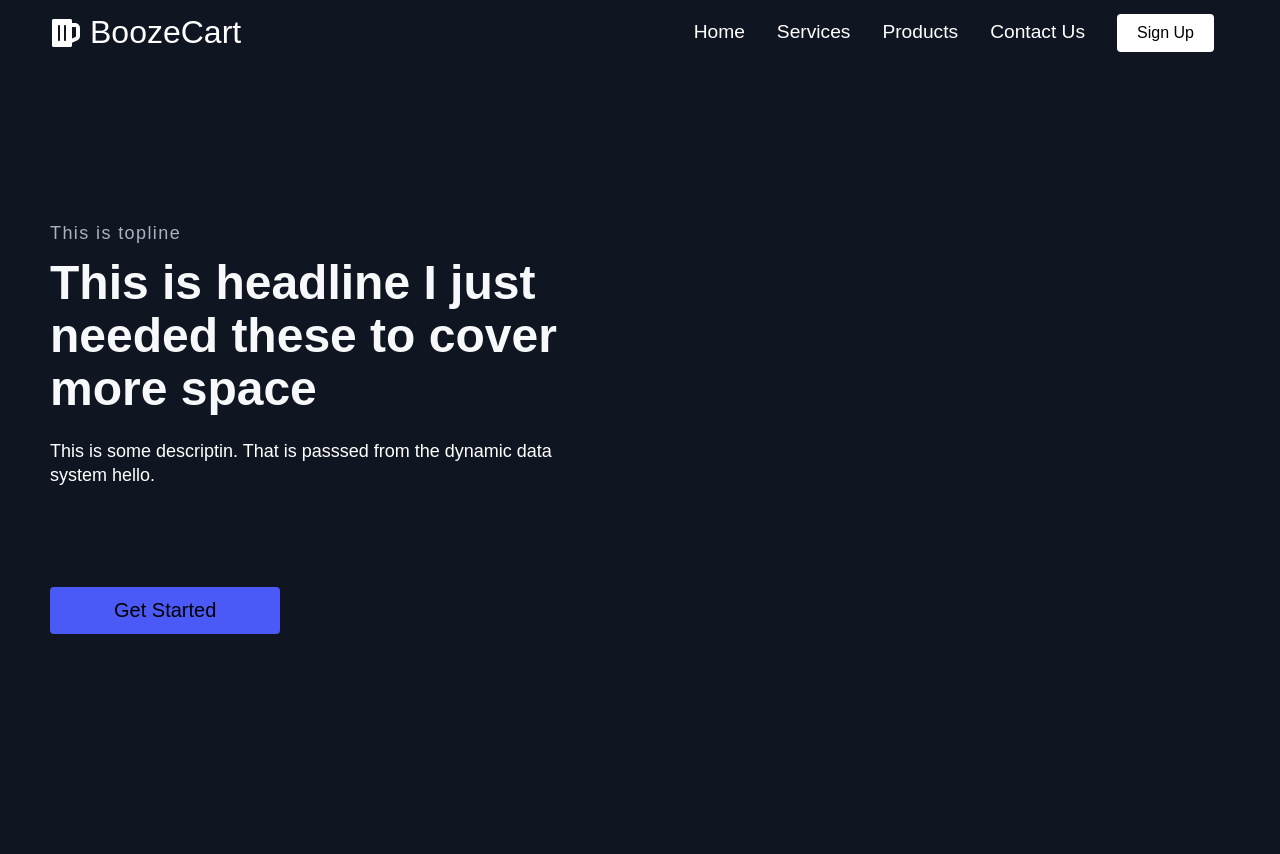
Repository: ajaygc95/Django-and-react
Page: / (app in galamart_sell/boozecart/)
The author's editor kept a copy of each file at every save. The page is drawn from the files as they stood at one save, then again after the next save.
The browser window is 1280 px wide. The pictures show the whole page.
The project was rebuilt for these pictures with package versions that can differ from the ones it lists, and the page was loaded fresh each time.

Above is the page before, as saved 2021-04-13 00:09:28.

### galamart_sell/boozecart/src/App.js
import { Navbar } from "./components";
import { BrowserRouter as Router, Switch, Route } from "react-router-dom";
import GlobalStyle from "./globalStyles";
import Home from "./pages/HomePage/Home";
function App() {
  return (
    <Router>
      <GlobalStyle />
      <Navbar></Navbar>
      <Switch>
        <Route path="/" exact component={Home}></Route>
      </Switch>
    </Router>
  );
}

export default App;

### galamart_sell/boozecart/src/components/index.js
export { default as Navbar } from "./NavBar/Navbar";
export { default as InfoSection } from "./InfoSection/InfoSection";

### galamart_sell/boozecart/src/globalStyles.js
import styled, { createGlobalStyle } from "styled-components";

const GlobalStyle = createGlobalStyle`
*{
    box-sizing: border-box;
    margin: 0;
    padding: 0;
    font-family: 'Source Sans Pro', sans-serif;
}

`;

export const Container = styled.div`
  z-index: 1;
  width: 100%;
  margin-right: auto;
  margin-left: auto;
  max-width: 1300px;
  padding-right: 50px;
  padding-left: 50px;

  @media screen and (max-width: 991px) {
    padding-right: 30px;
    padding-left: 30px;
  }
`;

export const Button = styled.button`
  border-radius: 4px;
  background: ${({ primary }) => (primary ? "#4b59f7" : "white")};
  white-space: nowrap;
  padding: ${({ big }) => (big ? "12px 64px" : "10px 20px")};
  font-size: ${({ fontBig }) => (fontBig ? "20px" : "16px")};
  outline: none;
  border: none;
  cursor: pointer;

  &:hover {
    transition: all 0.3s ease-out;
    background: ${({ primary }) => (primary ? "#0467fb" : "#4b59f7")};
    color: white;
  }

  @media screen and (max-width: 960px) {
    width: 100%;
  }
`;

export default GlobalStyle;

### galamart_sell/boozecart/src/pages/HomePage/Home.js
import React from "react";
import { InfoSection } from "../../components";
import { homeObj } from "./Data";

const Home = () => {
  return (
    <>
      <InfoSection {...homeObj}></InfoSection>
    </>
  );
};

export default Home;

### galamart_sell/boozecart/src/components/NavBar/Navbar.js
import React, { useEffect, useState } from "react";
import { FaBars, FaTimes } from "react-icons/fa";
import { Button } from "../../globalStyles";

import {
  Nav,
  NavbarContainer,
  NavIcon,
  NavLogo,
  MobileIcon,
  NavMenu,
  NavItem,
  NavLinks,
  NavItemBtn,
  NavBtnLink,
} from "./Navbar.element";

const Navbar = () => {
  const [click, setClick] = useState(false);
  const [button, setButton] = useState(true);
  const handleClick = () => setClick(!click);

  const showButton = () => {
    if (window.innerWidth <= 960) {
      setButton(false);
    } else {
      setButton(true);
    }
  };

  useEffect(() => {
    showButton();
  });
  window.addEventListener("resize", showButton);
  return (
    <>
      <Nav>
        <NavbarContainer>
          <NavLogo to="/">
            <NavIcon />
            BoozeCart
          </NavLogo>
          <MobileIcon onClick={handleClick}>
            {click ? <FaTimes /> : <FaBars />}
          </MobileIcon>
          <NavMenu onClick={handleClick} click={click}>
            <NavItem>
              <NavLinks to="/">Home</NavLinks>
            </NavItem>
            <NavItem>
              <NavLinks to="/services">Services</NavLinks>
            </NavItem>
            <NavItem>
              <NavLinks to="/Products">Products</NavLinks>
            </NavItem>
            <NavItem>
              <NavLinks to="/contact">Contact Us</NavLinks>
            </NavItem>
            <NavItemBtn>
              {button ? (
                <NavBtnLink to="/sign-up">
                  <Button> Sign Up</Button>
                </NavBtnLink>
              ) : (
                <NavBtnLink to="/sign-up">
                  <Button fontBig primary>
                    Sign Up
                  </Button>
                </NavBtnLink>
              )}
            </NavItemBtn>
          </NavMenu>
        </NavbarContainer>
      </Nav>
    </>
  );
};

export default Navbar;

### galamart_sell/boozecart/src/components/InfoSection/InfoSection.js
import React from "react";
import { Link } from "react-router-dom";
import { Button, Container } from "../../globalStyles";
import {
  Heading,
  InfoColumn,
  InfoRow,
  InfoSec,
  Subtitle,
  TextWrapper,
  TopLine,
} from "./InfoSection.element";

const InfoSection = ({
  primary,
  lightBg,
  imgStart,
  lightTopLine,
  lightTextDesc,
  buttonLabel,
  description,
  headline,
  lightText,
  topLine,
}) => {
  return (
    <>
      <InfoSec lightBg={lightBg}>
        <Container>
          <InfoRow imgStart={imgStart}>
            <InfoColumn>
              <TextWrapper>
                <TopLine lightTopLine={lightTopLine}>{topLine}</TopLine>
                <Heading lightText={lightText}>{headline}</Heading>
                <Subtitle lightText={lightTextDesc}>{description}</Subtitle>
                <Link to="/sign-up">
                  <Button big fontBig primary={primary}>
                    {buttonLabel}
                  </Button>
                </Link>
              </TextWrapper>
            </InfoColumn>
          </InfoRow>
        </Container>
      </InfoSec>
    </>
  );
};

export default InfoSection;

### galamart_sell/boozecart/src/pages/HomePage/Data.js
export const homeObj = {
  lightBg: false,
  primary: true,
  lightBg: false,
  imgStart: "",
  lightTopLine: true,
  lightTextDesc: true,
  buttonLabel: "Get Started",
  description:
    "  This is some descriptin. That is passsed from the dynamic data system hello. ",
  headline: "This is headline I just needed these to cover more space",
  lightText: true,
  topLine: "This is topline",
};

### galamart_sell/boozecart/src/components/NavBar/Navbar.element.js
import styled from "styled-components";
import { Container } from "../../globalStyles";
import { Link } from "react-router-dom";
import { FaBeer } from "react-icons/fa";

export const Nav = styled.nav`
  background: #101522;
  height: 65px;
  display: flex;
  justify-content: center;
  align-items: center;
  font-size: 1.2rem;
  position: sticky;
  top: 0;
  z-index: 999;
  color: white;
`;

export const NavbarContainer = styled(Container)`
  display: flex;
  justify-content: space-between;
  align-items: center;
  height: 65px;
$(Container)

`;

export const NavLogo = styled(Link)`
  color: #fff;
  justify-self: flex-start;
  cursor: pointer;
  text-decoration: none;
  font-size: 2rem;
  display: flex;
  align-items: center;
`;

export const NavIcon = styled(FaBeer)`
  margin-right: 0.5rem;
  color: white;
`;

export const MobileIcon = styled.div`
  display: none;

  @media screen and (max-width: 960px) {
    display: flex;
    align-items: center;
    display: block;
    position: absolute;
    right: 10px;
    line-height: 65px;
    font-size: 2rem;
    cursor: pointer;
  }
`;

export const NavMenu = styled.ul`
  display: flex;
  align-items: center;
  text-align: center;
  list-style: none;

  @media screen and (max-width: 960px) {
    display: flex;
    flex-direction: column;
    width: 100%;
    height: 90vh;
    position: absolute;
    top: 65px;
    left: ${({ click }) => (click ? 0 : "-100%")};
    opacity: 1;
    transition: all 0.3s ease;
    background: #101522;
  }
`;

export const NavItem = styled.li`
  height: 65px;
  border-bottom: 2px solid transparent;

  &:hover {
    border-bottom: 2px solid #0467fb;
  }

  @media screen and (max-width: 960px) {
    width: 100%;
    align-items: center;
    &:hover {
      border: none;
    }
  }
`;

export const NavLinks = styled(Link)`
  color: #fff;
  display: flex;
  align-items: center;
  text-decoration: none;
  padding: 0.5rem 1rem;
  height: 100%;

  &:hover {
    color: #0467fb;
  }

  @media screen and (max-width: 960px) {
    text-align: center;
    padding: 2rem;
    width: 100%;
    display: table;

    &:hover {
      color: #4b59f7;
      transition: all 0.3s ease;
    }
  }
`;

export const NavItemBtn = styled.li`
  display: flex;
  @media screen and (max-width: 960px) {
    display: flex;
    justify-content: center;
    width: 100%;
    width: 100%;
    height: 120px;
  }
`;

export const NavBtnLink = styled(Link)`
  display: flex;
  justify-content: center;
  align-items: center;
  text-decoration: none;
  padding: 8px 16px;
  height: 100%;
  width: 100%;
  border: none;
  outline: none;
`;

### galamart_sell/boozecart/src/components/InfoSection/InfoSection.element.js
import styled from "styled-components";

export const InfoSec = styled.div`
  color: #fff;
  padding: 160px 0;
  background: ${({ lightBg }) => (lightBg ? "#fff" : "#101522")};
`;

export const InfoRow = styled.div`
  display: flex;
  margin: 0 -15px -15px -15px;
  flex-wrap: wrap;
  align-items: center;
  flex-direction: ${({ imgStart }) => (imgStart ? "row-reverse" : "row")};
`;

export const InfoColumn = styled.div`
  margin-bottom: 15px;
  padding-right: 15px;
  padding-left: 15px;
  flex: 1;
  max-width: 50%;
  flex-basis: 50%;

  @media screen and (max-width: 768px) {
    max-width: 100%;
    flex-basis: 100%;
    display: flex;
    justify-content: center;
  }
`;

export const TextWrapper = styled.div`
  max-width: 540px;
  padding-top: 0;
  padding-bottom: 60px;

  @media screen and (max-width: 768px) {
    padding-bottom: 65px;
  }
`;

export const TopLine = styled.div`
  color: ${({ lightTopLine }) => (lightTopLine ? "#a9b3c1" : "#4b59f7")};
  font-size: 18px;
  line-height: 16px;
  letter-spacing: 1.4px;
  margin-bottom: 16px;
`;

export const Heading = styled.h1`
  margin-bottom: 24px;
  font-size: 48px;
  line-height: 1.1;
  color: ${({ lightText }) => (lightText ? "#f7f8fa" : "#1c2237")};
`;

export const Subtitle = styled.p`
  margin-bottom: 100px;
  font-size: 35px;
  font-size: 18px;
  line-height: 24px;
  color: ${({ lightTextDesc }) => (lightTextDesc ? "white" : "white")};
`;

Loaded but not shown: galamart_sell/boozecart/public/index.html (common file); galamart_sell/boozecart/src/index.js (common file)

After the next save:
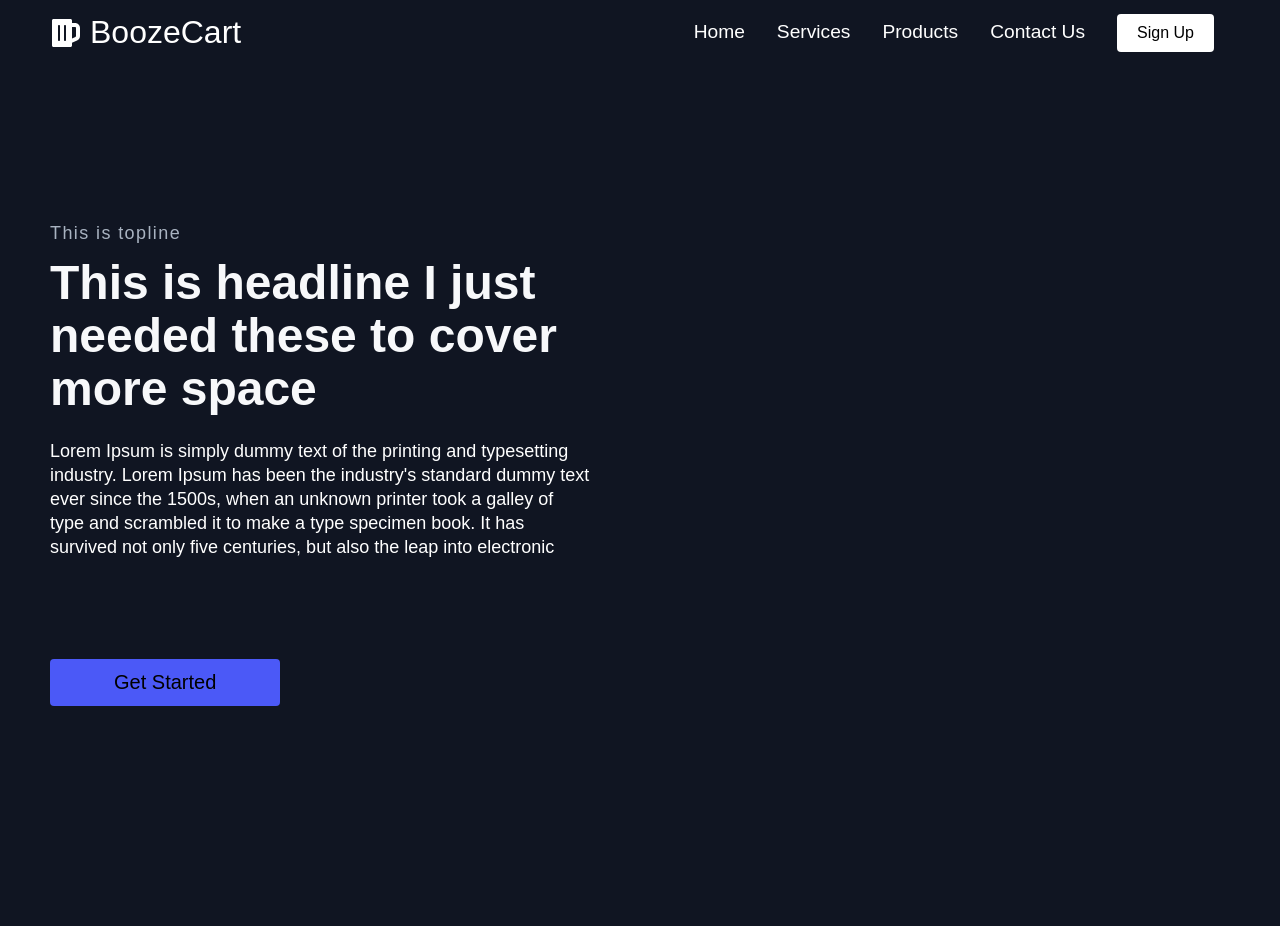
Saved 21 s later.
--- a/galamart_sell/boozecart/src/pages/HomePage/Data.js
+++ b/galamart_sell/boozecart/src/pages/HomePage/Data.js
@@ -7,7 +7,7 @@ export const homeObj = {
   lightTextDesc: true,
   buttonLabel: "Get Started",
   description:
-    "  This is some descriptin. That is passsed from the dynamic data system hello. ",
+    "  Lorem Ipsum is simply dummy text of the printing and typesetting industry. Lorem Ipsum has been the industry's standard dummy text ever since the 1500s, when an unknown printer took a galley of type and scrambled it to make a type specimen book. It has survived not only five centuries, but also the leap into electronic ",
   headline: "This is headline I just needed these to cover more space",
   lightText: true,
   topLine: "This is topline",
